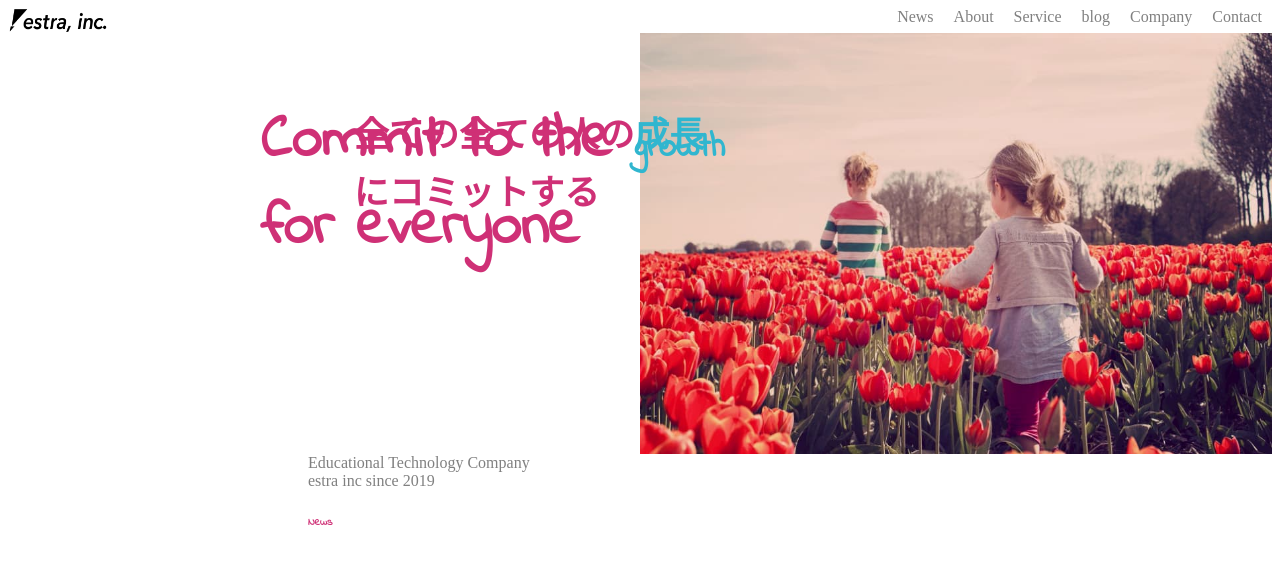
Repository: sigemasaasuka/20210902
Page: index.html
These files come from the project's save history. The page is drawn as it stood at one moment and after a run of saves; the edit follows.
The browser window is 1280 px wide. The pictures show the whole page.

Above is the page before, as saved 2021-09-08 17:29:40.

### index.html
<!DOCTYPE html>
<html lang="ja">

<head>
  <meta charset="UTF-8">
  <meta name="viewport" content="width=device-width, initial-scale=1.0">
  <title>Document</title>
  <link rel="stylesheet" href="css/style.css">
  <link rel="preconnect" href="https://fonts.googleapis.com">
  <link rel="preconnect" href="https://fonts.gstatic.com" crossorigin>
  <link href="https://fonts.googleapis.com/css2?family=Indie+Flower&display=swap" rel="stylesheet">
</head>

<body>
  <div class="flex">
    <img src="img/img/estra_logo.png" alt="estra_logo" width="100px" height="25px">
    <div class="parent">
      <div class="child">News</div>
      <div class="child">About</div>
      <div class="child">Service</div>
      <div class="child">blog</div>
      <div class="child">Company</div>
      <div class="child">Contact</div>

    </div>
  </div>
  <div class="relative">
    <img class="relative__img" src="img/img/firstview.jpg" alt="firstview">
    <div class="example">
      <h1>Commit to the <span class="document"> growth</span> <br>for everyone</h1>
      <div class="example-txt">
        <h3>全ての全ての人の<span class="document-txt">成長</span>にコミットする</h3>
      </div>
    </div>
    <p class="subtitle">Educational Technology Company<br>estra inc since 2019</p>
    <div class="smlltitle">
    <h6>News</h6>
    </div>
   </div>
　</div>

</body>

</html>

### css/style.css
.img {
  text-align: left;
}

.parent {
  display: flex;
  text-align: right;
  color: gray;
}

.child {
  margin: 0 10px;
}
.flex {
  display: flex;
  justify-content: space-between;
}

.relative {
  position: relative;
}

.relative__img {
  margin: 0 0 0 auto;
  display: block;
  width: 50%;
}

.example {
  position: absolute;
  top: 5%;
  left: 20%;
  font-size: 30px;
  color: #cf3076;
  font-family: "Indie Flower", cursive;
}

.document {
  top: 5%;
  left: 10%;
  font-size: 35px;
  color: #30b6cf;
  font-family: "Indie Flower", cursive;
}

.example-txt {
  position: absolute;
  top: 5%;
  left: 20%;
  font-size: 30px;
  color: #cf3076;
  font-family: "Indie Flower", cursive;
}

.document-txt {
  top: 30%;
  left: 10%;
  font-size: 35px;
  color: #30b6cf;
  font-family: "Indie Flower", cursive;
}

.subtitle {
  margin: 0px 300px;
  color: gray;
}

.smlltitle {
  color: #cf3076;
  font-family: "Indie Flower", cursive;
  margin-left: 300px;
}

After the next 2 saves:
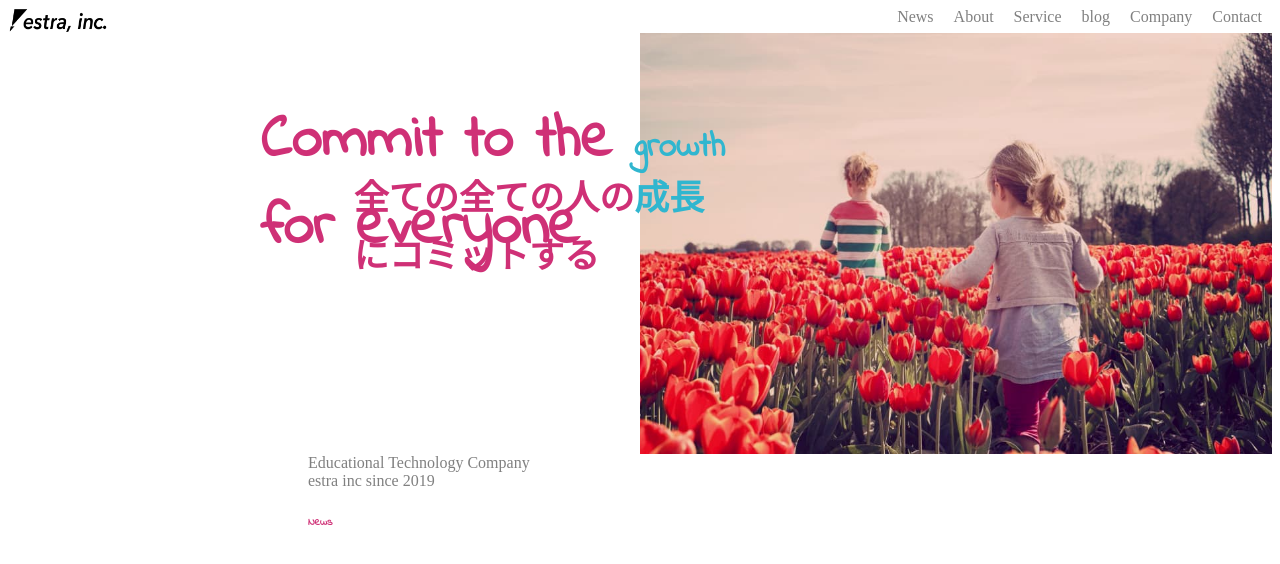
The 2 saves are shown as one change because they came seconds apart.
The last was saved 8 s later.
--- a/css/style.css
+++ b/css/style.css
@@ -45,7 +45,7 @@
 
 .example-txt {
   position: absolute;
-  top: 5%;
+  top: 30%;
   left: 20%;
   font-size: 30px;
   color: #cf3076;
